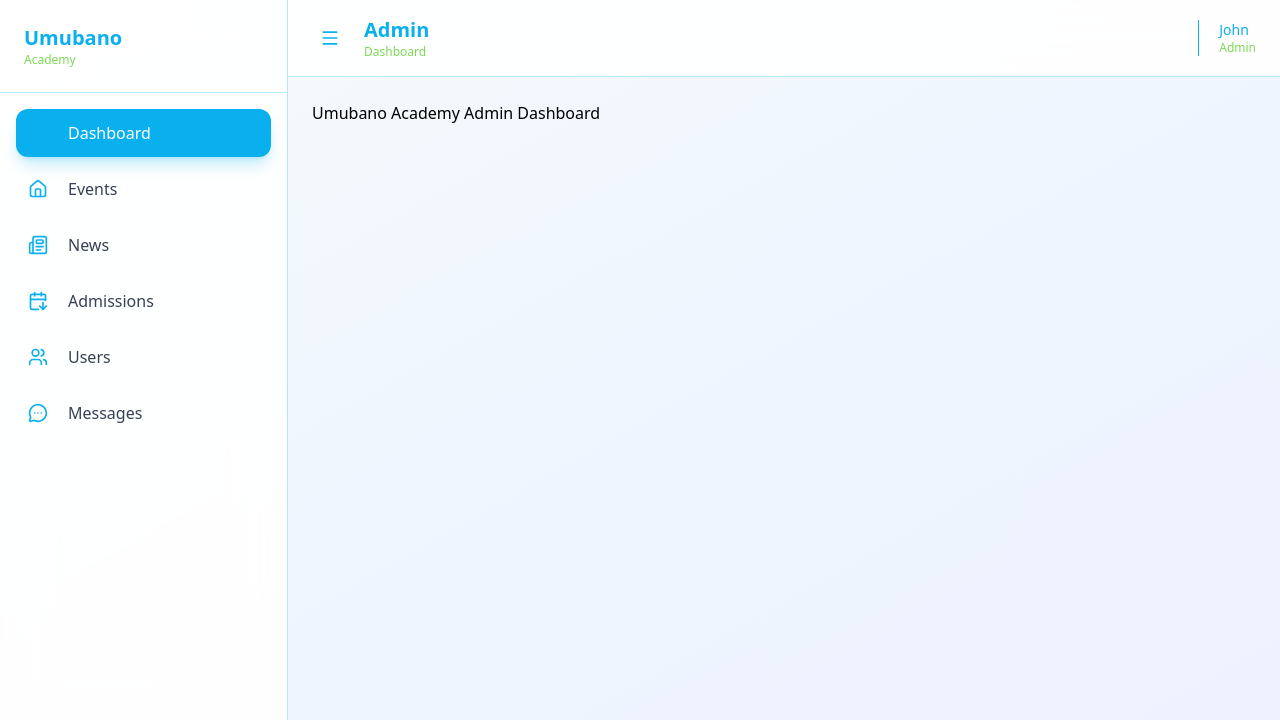
Repository: Umubano-Academy/umubano-academy-website
Page: /admin
These files come from the project's save history. The page is drawn as it stood at one moment and after the next save; the edit follows.
The browser window is 1280 px wide. The pictures show the whole page.
The project was rebuilt for these pictures with package versions that can differ from the ones it lists, and the page was loaded fresh each time. Also part of the build but not shown: vite.config.js, src/components/guest/NavBar.jsx, src/components/guest/Hero.jsx, src/components/guest/Event.jsx, src/components/guest/News.jsx, src/components/guest/Footer.jsx, src/components/guest/Layout.jsx, src/components/guest/Contact.jsx and 9 more. Imported but missing from the stored project, and not drawn on this page: src/assets/addons/Primary-Enrolment-Handout-2025.pdf, src/assets/addons/Secondary-Enrolment-Handout-2025-2026.pdf.

Above is the page before, as saved 2026-01-20 09:52:23.

### index.html
<!doctype html>
<html lang="en">
  <head>
    <meta charset="UTF-8" />
    <!-- <link rel="icon" type="image/svg+xml" href="/vite.svg" /> -->
    <meta name="viewport" content="width=device-width, initial-scale=1.0" />
    <title>umubano-academy</title>
  </head>
  <body>
    <div id="root"></div>
    <script type="module" src="/src/main.jsx"></script>
  </body>
</html>

### src/App.jsx
import React from 'react'
import { BrowserRouter, Route, Routes } from 'react-router-dom'
import NavBar from './components/guest/NavBar'
import Hero from './components/guest/Hero'
import Event from './components/guest/Event'
import News from './components/guest/News'
import Layout from './components/guest/Layout'
import Home from './components/guest/Home'
import Admission from './components/guest/Admission'
import Academic from './components/guest/Academic'
import About from './components/guest/About'
import LayOut from './components/admin/LayOut'
import Dashboard from './components/admin/pages/Dashboard'
import Login from './components/guest/forms/Login'
import ResetPassword from './components/guest/forms/ResetPassword'
import Primary from './components/guest/primary'


function App() {
  return (
    <BrowserRouter>

    <Routes>
      <Route path='/' element={<Layout />}>
      <Route index element={<Home />} />
      <Route path='/admissions' element={<Admission />} />
      <Route path='/academic' element={<Academic />} />
      <Route path='/aboutus' element={<About />} />
      <Route path='/login' element={<Login />} />
      <Route path="/password-reset" element={<ResetPassword />} />
      <Route path='/primary' element={<Primary />} />
      </Route>

      <Route path='/admin' element={<LayOut />}>
      <Route index element={<Dashboard />} />
      </Route>
    </Routes>
    </BrowserRouter>

  )
}

export default App

### src/components/admin/LayOut.jsx
import React, { useEffect, useState } from 'react'
import SideBar from '../admin/sidebar/SideBar'
import Header from '../admin/Header/Header'
import { Outlet } from 'react-router-dom'

function LayOut() {

  const [sideBarCollapsed, setSideBarCollapsed] = useState(false);
  const [currentPage, setCurrentPage] = useState("dashboard");

  useEffect(() =>{
    const handlerResize = () =>{
      if(window.innerWidth <1024){
        setSideBarCollapsed(true);
      }else{
        setSideBarCollapsed(false);
      }
    };

    handlerResize();
    window.addEventListener("resize", handlerResize)
    return () => window.removeEventListener("resize", handlerResize);
  },  []);
  return (

    <div className=' min-h-screen bg-gradient-to-br from-slate-50 via-blue-50 to-indigo-50 dark:from-slate-900 dark:via-slate-800 dark:to-slate-900 transition-all duration-500 '>
       <div className=' flex h-screen overflow-hidden' >
      <SideBar
          collapsed={sideBarCollapsed}
          onToggle={() => setSideBarCollapsed(!sideBarCollapsed)}
          currentPage={currentPage}
          onPageChange={setCurrentPage}
        />

      <div className='flex-1 flex flex-col overflow-hidden'>
          <Header
            sideBarCollapsed={sideBarCollapsed}
            onToggleSidebar={() => setSideBarCollapsed(!sideBarCollapsed)}
          />
          <div className='flex-1 overflow-y-auto bg-transparent'>
            <div className='p-6 space-y-6'>
              <Outlet />
            </div>
          </div>
        </div>
    </div>
    </div>

  )
}

export default LayOut

### src/components/admin/pages/Dashboard.jsx
// import React from "react";
// import { stats, bookingGraphData } from "./dashboardData";
// import {
//   Users,
//   ShoppingBag,
//   BadgeDollarSign,
//   TrendingUp,
// } from "lucide-react";
// import {
//   LineChart,
//   Line,
//   XAxis,
//   YAxis,
//   CartesianGrid,
//   Tooltip,
//   ResponsiveContainer,
// } from "recharts";

// function Dashboard() {
//   return (
//     <div className="p-6 space-y-6">

//       <h1 className="text-2xl font-bold text-slate-800 dark:text-white">
//         Dashboard Overview
//       </h1>


//       <div className="grid grid-cols-1 md:grid-cols-3 gap-6">

//         {/* USERS CARD */}
//         <div className="p-6 bg-white/80 dark:bg-slate-900/80 rounded-2xl shadow-lg border border-slate-200/50 dark:border-slate-700/50">
//           <div className="flex items-center justify-between mb-3">
//             <Users className="w-8 h-8 text-orange-500" />
//             <span className="text-green-500 text-sm">{stats.users.growth}</span>
//           </div>
//           <h2 className="text-3xl font-bold dark:text-white">
//             {stats.users.thisYear}
//           </h2>
//           <p className="text-slate-500 dark:text-slate-300 text-sm mt-1">
//             Users This Year
//           </p>
//         </div>

//         {/* BOOKINGS CARD */}
//         <div className="p-6 bg-white/80 dark:bg-slate-900/80 rounded-2xl shadow-lg border border-slate-200/50 dark:border-slate-700/50">
//           <div className="flex items-center justify-between mb-3">
//             <ShoppingBag className="w-8 h-8 text-orange-500" />
//             <span className="text-green-500 text-sm">+12%</span>
//           </div>
//           <h2 className="text-3xl font-bold dark:text-white">
//             {stats.bookings.total}
//           </h2>
//           <p className="text-slate-500 dark:text-slate-300 text-sm mt-1">
//             Total Bookings
//           </p>
//         </div>

//         {/* REVENUE CARD */}
//         <div className="p-6 bg-white/80 dark:bg-slate-900/80 rounded-2xl shadow-lg border border-slate-200/50 dark:border-slate-700/50">
//           <div className="flex items-center justify-between mb-3">
//             <BadgeDollarSign className="w-8 h-8 text-orange-500" />
//             <span className="text-green-500 text-sm">{stats.revenue.growth}</span>
//           </div>
//           <h2 className="text-3xl font-bold dark:text-white">
//             {stats.revenue.thisMonth.toLocaleString()} RWF
//           </h2>
//           <p className="text-slate-500 dark:text-slate-300 text-sm mt-1">
//             Revenue This Month
//           </p>
//         </div>
//       </div>

//       {/* BOTTOM 3 SUMMARY CARDS */}
//       <div className="grid grid-cols-1 md:grid-cols-3 gap-6">

//         {/* USER BREAKDOWN */}
//         <div className="p-6 bg-white/80 dark:bg-slate-900/80 rounded-xl border border-slate-200/50 dark:border-slate-700/50">
//           <h3 className="font-semibold dark:text-white mb-3">User Summary</h3>
//           <ul className="space-y-1 text-sm text-slate-600 dark:text-slate-300">
//             <li>Today: {stats.users.today}</li>
//             <li>Yesterday: {stats.users.yesterday}</li>
//             <li>Last Week: {stats.users.lastWeek}</li>
//             <li>Last Year: {stats.users.lastYear}</li>
//           </ul>
//         </div>

//         {/* BOOKING BREAKDOWN */}
//         <div className="p-6 bg-white/80 dark:bg-slate-900/80 rounded-xl border border-slate-200/50 dark:border-slate-700/50">
//           <h3 className="font-semibold dark:text-white mb-3">Booking Summary</h3>
//           <ul className="space-y-1 text-sm text-slate-600 dark:text-slate-300">
//             <li>Today: {stats.bookings.today}</li>
//             <li>Pending: {stats.bookings.pending}</li>
//             <li>Completed: {stats.bookings.completed}</li>
//             <li>Cancelled: {stats.bookings.cancelled}</li>
//           </ul>
//         </div>

//         {/* REVENUE BREAKDOWN */}
//         <div className="p-6 bg-white/80 dark:bg-slate-900/80 rounded-xl border border-slate-200/50 dark:border-slate-700/50">
//           <h3 className="font-semibold dark:text-white mb-3">Revenue Summary</h3>
//           <ul className="space-y-1 text-sm text-slate-600 dark:text-slate-300">
//             <li>Total Revenue: {stats.revenue.total.toLocaleString()} RWF</li>
//             <li>This Month: {stats.revenue.thisMonth.toLocaleString()} RWF</li>
//             <li>Pending: {stats.revenue.pending.toLocaleString()} RWF</li>
//             <li>Last Month: {stats.revenue.lastMonth.toLocaleString()} RWF</li>
//           </ul>
//         </div>
//       </div>

//       {/* BOOKINGS CHART */}
//       <div className="p-6 bg-white/80 dark:bg-slate-900/80 border border-slate-200/50 dark:border-slate-700/50 rounded-xl shadow-md">
//         <h2 className="text-lg font-bold mb-4 dark:text-white">
//           Bookings This Week
//         </h2>

//         <ResponsiveContainer width="100%" height={300}>
//           <LineChart data={bookingGraphData}>
//             <CartesianGrid strokeDasharray="3 3" />
//             <XAxis dataKey="day" />
//             <YAxis />
//             <Tooltip />
//             <Line
//               type="monotone"
//               dataKey="bookings"
//               stroke="#f97316"
//               strokeWidth={3}
//             />
//           </LineChart>
//         </ResponsiveContainer>
//       </div>
//     </div>
//   );
// }

// export default Dashboard;




import React from 'react'

function Dashboard() {
  return (
    <div className=''>
      Umubano Academy Admin Dashboard
    </div>
  )
}

export default Dashboard

### src/components/admin/sidebar/SideBar.jsx
import React, { useState } from "react";
import menuData from "./data/menuData";
import { Link } from "react-router-dom";
import { GraduationCap } from "lucide-react";

function SideBar({ collapsed, onToggle, currentPage, onPageChange }) {
  const [expandedItems, setExpandedItems] = useState(new Set(["dashboard"]));

  const toggleExpand = (itemId) => {
    const updated = new Set(expandedItems);
    updated.has(itemId) ? updated.delete(itemId) : updated.add(itemId);
    setExpandedItems(updated);
  };

  return (
    <div
      className={`${
        collapsed ? "w-20" : "w-72"
      } transition-all duration-300 ease-in-out bg-white/90 backdrop-blur-xl border-r border-[#0AB0EE]/30 flex flex-col relative z-10`}
    >
      {/* Header Logo */}
      <div className="p-6 border-b border-[#0AB0EE]/30">
        <div className="flex items-center space-x-3">
          {/* <div className="w-12 h-12 bg-[#FFDE59] text-[#0AB0EE] flex items-center justify-center rounded-xl">
            <GraduationCap size={28} />
          </div> */}

          {!collapsed && (
            <div>
              <h1 className="text-xl font-bold text-[#0AB0EE]">Umubano</h1>
              <p className="text-xs text-[#7ED956]">Academy</p>
            </div>
          )}
        </div>
      </div>

      {/* Navigation Menu */}
      <nav className="flex-1 space-y-2 p-4 overflow-y-auto">
        {menuData.map((item) => (
          <div key={item.id}>
            {/* Main Menu Item */}
            <Link
              to={item.path}
              className={`w-full flex items-center justify-between p-3 rounded-xl cursor-pointer transition-all duration-200 ${
                currentPage === item.id
                  ? "bg-[#0AB0EE] text-white shadow-lg shadow-[#0AB0EE]/25"
                  : "text-gray-700 hover:bg-[#FFDE59]/20"
              }`}
              onClick={() => {
                if (item.submenu) {
                  toggleExpand(item.id);
                } else {
                  onPageChange(item.id);
                }
              }}
            >
              <div className="flex items-center space-x-3">
                <item.icon className="w-5 h-5 text-[#0AB0EE]" />

                {!collapsed && (
                  <>
                    <span className="font-medium ml-2">{item.label}</span>
                    {item.count && (
                      <span className="px-2 py-1 rounded-full text-center text-sm bg-[#7ED956]/30 text-[#0AB0EE]">
                        {item.count}
                      </span>
                    )}
                  </>
                )}
              </div>

              {/* Submenu Arrow */}
              {!collapsed && item.submenu && (
                <span
                  className={`transition-transform text-[#0AB0EE] ${
                    expandedItems.has(item.id) ? "rotate-90" : ""
                  }`}
                >
                  ▶
                </span>
              )}
            </Link>

            {/* Submenu */}
            {item.submenu && expandedItems.has(item.id) && !collapsed && (
              <div className="ml-10 mt-1 space-y-1 transition-all duration-300">
                {item.submenu.map((sub) => (
                  <Link
                    key={sub.id}
                    to={sub.path}
                    onClick={() => onPageChange(sub.id)}
                    className={`block p-2 rounded-lg text-sm ${
                      currentPage === sub.id
                        ? "bg-[#7ED956] text-white"
                        : "text-gray-600 hover:bg-[#FFDE59]/20"
                    }`}
                  >
                    {sub.label}
                  </Link>
                ))}
              </div>
            )}
          </div>
        ))}
      </nav>
    </div>
  );
}

export default SideBar;

### src/components/admin/Header/Header.jsx
import React, { useState, useEffect, useRef } from "react";
import { Menu, User, Cog, LogOut } from "lucide-react";

function Header({ sideBarCollapsed, onToggleSidebar }) {
  const [openDropdown, setOpenDropdown] = useState(null);
  const dropdownRef = useRef();
  const [userInfo, setUserInfo] = useState({
    first_name: "John",
    roles: "Admin",
  });

  // Close dropdown when clicking outside
  useEffect(() => {
    function handleClickOutside(e) {
      if (dropdownRef.current && !dropdownRef.current.contains(e.target)) {
        setOpenDropdown(null);
      }
    }
    document.addEventListener("mousedown", handleClickOutside);
    return () => document.removeEventListener("mousedown", handleClickOutside);
  }, []);

  const handleNavigate = (path) => {
    console.log("Navigate to:", path);
    setOpenDropdown(null);
  };

  return (
    <div className="bg-white/90 backdrop-blur-xl border-b border-[#0AB0EE]/30 px-6 py-4 relative z-40">
      <div className="flex items-center justify-between">
        {/* Left Section */}
        <div className="flex items-center space-x-4">
          <button
            className="p-2 rounded-lg text-[#0AB0EE] hover:bg-[#FFDE59]/30 transition-colors"
            onClick={onToggleSidebar}
          >
            <Menu className="w-5 h-5" />
          </button>

          <div className="hidden md:block">
            <p className="text-xl font-black text-[#0AB0EE]">Admin</p>
            <p className="text-xs font-medium text-[#7ED956]">Dashboard</p>
          </div>
        </div>

        {/* Right Section */}
        <div className="flex items-center space-x-3" ref={dropdownRef}>
          {/* User Menu */}
          <div className="relative">
            <button
              onClick={() =>
                setOpenDropdown(openDropdown === "user" ? null : "user")
              }
              className="flex items-center pl-3 border-l border-[#0AB0EE]"
            >
              <User className="w-5 h-5 text-[#0AB0EE] md:hidden" />

              <div className="hidden md:flex flex-col ml-2 text-left">
                <p className="text-sm font-medium text-[#0AB0EE]">
                  {userInfo?.first_name}
                </p>
                <p className="text-xs text-[#7ED956]">{userInfo?.roles}</p>
              </div>
            </button>

            {openDropdown === "user" && (
              <div className="absolute right-0 mt-2 w-48 bg-white shadow-xl rounded-xl overflow-hidden z-50 border border-[#0AB0EE]/30">
                <button
                  onClick={() => handleNavigate("/marchant/myprofile")}
                  className="flex items-center space-x-2 w-full px-4 py-2 hover:bg-[#FFDE59]/30 transition-colors"
                >
                  <User className="w-4 h-4 text-[#0AB0EE]" /> <span>Profile</span>
                </button>
                <button
                  onClick={() => handleNavigate("/marchant/update-profile")}
                  className="flex items-center space-x-2 w-full px-4 py-2 hover:bg-[#FFDE59]/30 transition-colors"
                >
                  <Cog className="w-4 h-4 text-[#0AB0EE]" /> <span>Settings</span>
                </button>
                <button
                  className="flex items-center space-x-2 w-full px-4 py-2 text-red-600 hover:bg-red-100 dark:hover:bg-red-800/30 transition-colors"
                >
                  <LogOut className="w-4 h-4" /> <span>Logout</span>
                </button>
              </div>
            )}
          </div>
        </div>
      </div>
    </div>
  );
}

export default Header;

### src/components/admin/sidebar/data/menuData.js
import {
  House,

  Users,
  CalendarArrowDown,
  LayoutDashboard,
  MessageCircleMore,
  Newspaper,
} from "lucide-react";

const menuData = [
  {
    id: "dashboard",
    title: "dashboard",
    label: "Dashboard",
    path: "/admin",
    icon: LayoutDashboard,
  },
  {
    id: "events",
    title: "eventss",
    label: "Events",
    path: "/admin/eventss",
    icon: House,
  },
  {
    id: "news",
    title: "news",
    label: "News",
    path: "/admin/news",
    icon: Newspaper,
  },
  {
    id: "admission",
    title: "admission",
    label: "Admissions",
    path: "/admin/admission",
    icon: CalendarArrowDown,
  },

  {
    id: "users",
    title: "users",
    label: "Users",
    path: "/admin/users",
    icon: Users,
  },
  {
    id: "messages",
    title: "messagess",
    label: "Messages",
    path: "/admin/messages",
    icon: MessageCircleMore,
  },
];


export default menuData;

Loaded but not shown: src/main.jsx (common file); src/index.css (common file)

After the next save:
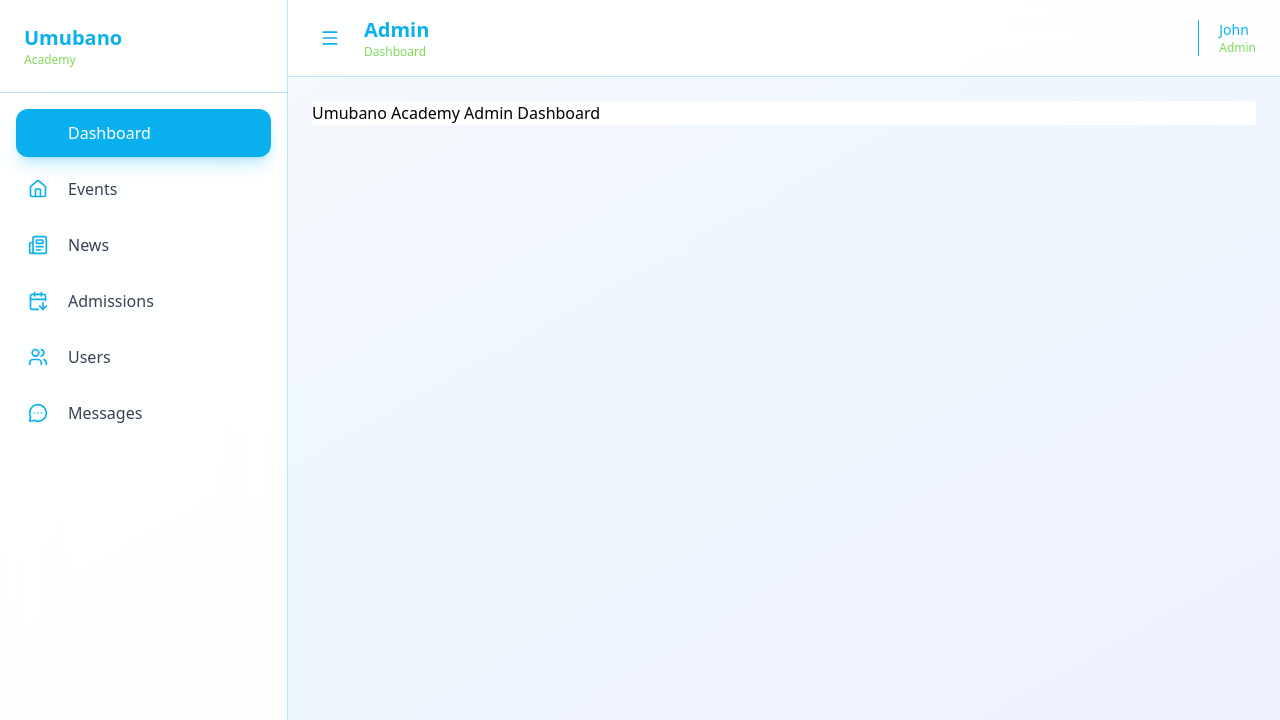
Saved 5 s later.
--- a/src/components/admin/pages/Dashboard.jsx
+++ b/src/components/admin/pages/Dashboard.jsx
@@ -141,7 +141,7 @@
 
 function Dashboard() {
   return (
-    <div className=''>
+    <div className=' bg-white'>
       Umubano Academy Admin Dashboard
     </div>
   )

After the 4 saves that followed:
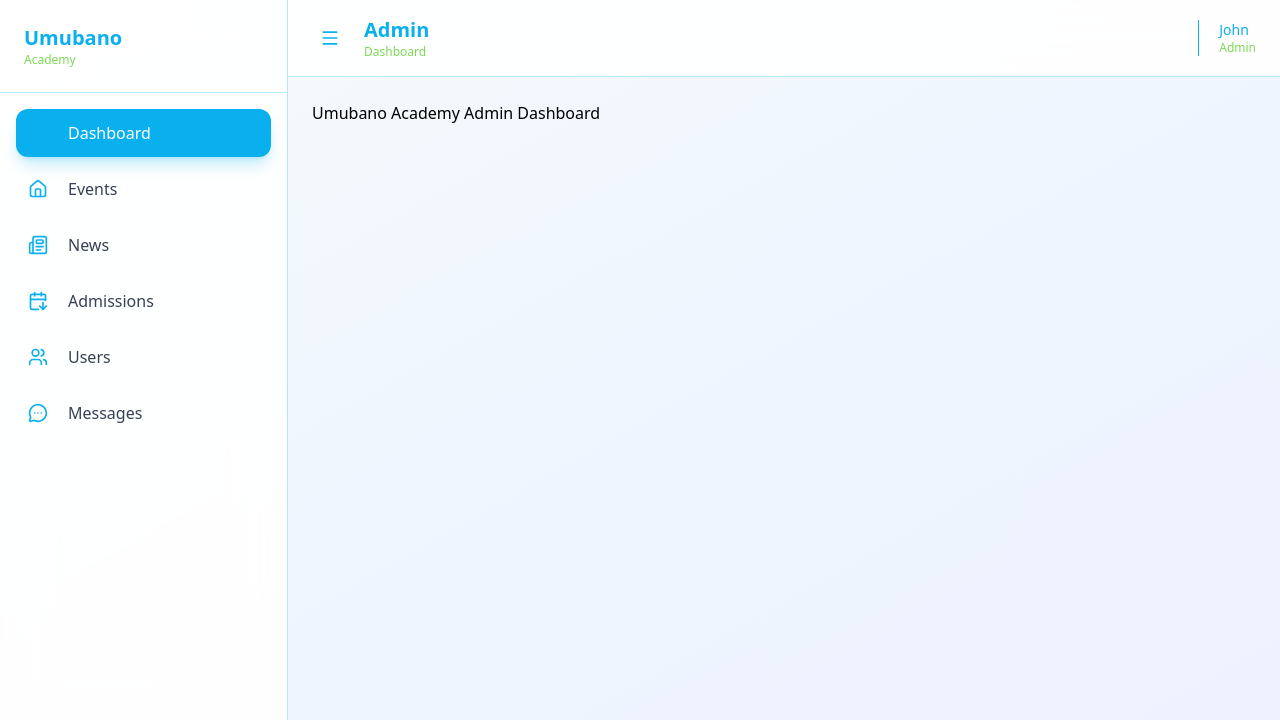
The 4 saves are shown as one change because 1 left the picture as it was and some came seconds apart.
The last was saved 30 s later.
--- a/src/components/admin/pages/Dashboard.jsx
+++ b/src/components/admin/pages/Dashboard.jsx
@@ -141,7 +141,7 @@
 
 function Dashboard() {
   return (
-    <div className=' bg-white'>
+    <div className=''>
       Umubano Academy Admin Dashboard
     </div>
   )
